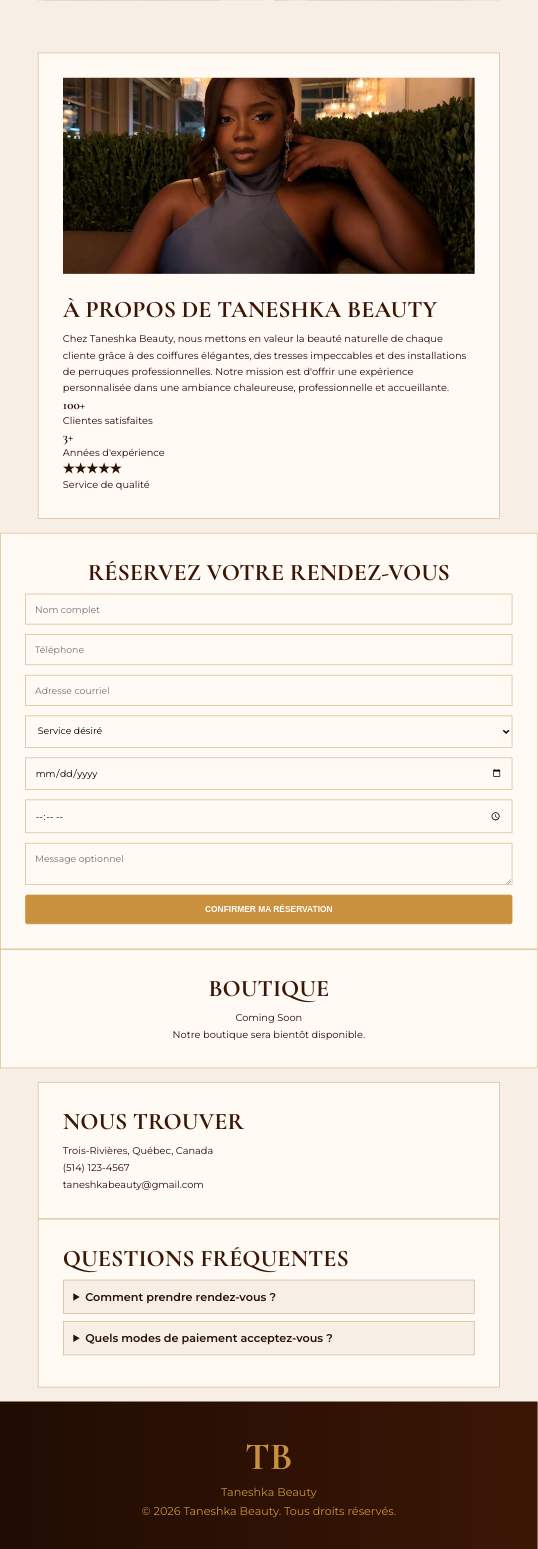
Repository: kngnepi/Taneshka-Beauty-House
Page: index.html
An editor plug-in stored every save of this project. The page is shown before and after the next save, followed by the edit.
The browser window is 768 px wide. The pictures show the part of the page from y = 2713 to 4953 px (the page is 4926 px tall before and 4953 px after), at 70% of full size.

Above is the page before, as saved 2026-06-24 22:14:20.

### index.html
<!DOCTYPE html>
<html lang="fr">
<head>
  <meta charset="UTF-8" />
  <meta name="viewport" content="width=device-width, initial-scale=1.0" />
  <title>Taneshka Beauty</title>
  <link rel="stylesheet" href="style.css" />
</head>
<body>

  <!-- NAVBAR -->
  <header class="navbar">
    <div class="logo">
      <span>TB</span>
      <p>TANESHKA BEAUTY</p>
    </div>

    <nav>
      <a href="#home">Accueil</a>
      <a href="#services">Services</a>
      <a href="#portfolio">Portfolio</a>
      <a href="#about">À propos</a>
      <a href="#booking">Réservation</a>
      <a href="#products">Boutique</a>
      <a href="#contact">Contact</a>
    </nav>

    <a href="#booking" class="btn-gold">Réserver</a>
  </header>

  <!-- HERO -->
  <section id="home" class="hero">
    <div class="hero-content">
      <h1>TANESHKA<br>BEAUTY</h1>
      <p class="tagline">Élégance • Confiance • Beauté</p>
      <p class="hero-text">
        Spécialiste en perruques, tresses et coiffures protectrices.
      </p>

      <div class="hero-buttons">
        <a href="#booking" class="btn-gold">Réserver un rendez-vous</a>
        <a href="#portfolio" class="btn-outline">Voir nos réalisations</a>
      </div>
    </div>
  </section>

  <!-- SERVICES -->
  <section id="services" class="section">
    <h2>Nos Services</h2>
    <p class="section-subtitle">Des prestations adaptées à votre style et à vos besoins.</p>

    <div class="services-grid">
      <div class="service-card">
        <div class="service-img"></div>
        <div>
          <h3>Perruques</h3>
          <ul>
            <li>Installation</li>
            <li>Retrait</li>
            <li>Revamp</li>
            <li>Customisation</li>
          </ul>
          <p>À partir de 60$</p>
          <a href="#booking" class="btn-dark">Réserver</a>
        </div>
      </div>

      <div class="service-card">
        <div class="service-img"></div>
        <div>
          <h3>Tresses</h3>
          <ul>
            <li>Knotless Braids</li>
            <li>Boho Braids</li>
            <li>Tribal Braids</li>
            <li>Cornrows</li>
          </ul>
          <p>À partir de 80$</p>
          <a href="#booking" class="btn-dark">Réserver</a>
        </div>
      </div>

      <div class="service-card">
        <div class="service-img"></div>
        <div>
          <h3>Coiffures</h3>
          <ul>
            <li>Ponytail</li>
            <li>Wig Styling</li>
            <li>Butterfly Locs</li>
            <li>Twists</li>
          </ul>
          <p>À partir de 50$</p>
          <a href="#booking" class="btn-dark">Réserver</a>
        </div>
      </div>
    </div>
  </section>

  <!-- PORTFOLIO -->
  <section id="portfolio" class="section">
    <h2>Nos Réalisations</h2>

    <div class="portfolio-filters">
      <button>Tout</button>
      <button>Perruques</button>
      <button>Tresses</button>
      <button>Ponytails</button>
      <button>Locs</button>
    </div>

    <div class="portfolio-grid">
      <div class="portfolio-item"></div>
      <div class="portfolio-item"></div>
      <div class="portfolio-item"></div>
      <div class="portfolio-item"></div>
      <div class="portfolio-item"></div>
      <div class="portfolio-item"></div>
    </div>
  </section>

  <!-- ABOUT + REVIEWS -->
  <section class="split-section">
    <div id="about" class="about-box">
  <div class="about-img"></div>

  <div class="about-content">
    <h2>À propos de Taneshka Beauty</h2>
    <p>
      Chez Taneshka Beauty, nous mettons en valeur la beauté naturelle de chaque cliente
      grâce à des coiffures élégantes, des tresses impeccables et des installations de
      perruques professionnelles. Notre mission est d'offrir une expérience personnalisée
      dans une ambiance chaleureuse, professionnelle et accueillante.
    </p>

    <div class="about-stats">
      <div>
        <h3>100+</h3>
        <p>Clientes satisfaites</p>
      </div>

      <div>
        <h3>3+</h3>
        <p>Années d'expérience</p>
      </div>

      <div>
        <h3>★★★★★</h3>
        <p>Service de qualité</p>
      </div>
    </div>
  </div>
</div>
  </section>

  <!-- BOOKING -->
  <section id="booking" class="section booking-section">
    <h2>Réservez votre rendez-vous</h2>

    <form class="booking-form">
      <input type="text" placeholder="Nom complet" />
      <input type="tel" placeholder="Téléphone" />
      <input type="email" placeholder="Adresse courriel" />
      <select>
        <option>Service désiré</option>
        <option>Perruques</option>
        <option>Tresses</option>
        <option>Coiffures</option>
      </select>
      <input type="date" />
      <input type="time" />
      <textarea placeholder="Message optionnel"></textarea>

      <button type="submit" class="btn-gold">Confirmer ma réservation</button>
    </form>
  </section>

  <!-- PRODUCTS -->
  <section id="products" class="section products-section">
    <h2>Boutique</h2>
    <p>Coming Soon</p>
    <p>Notre boutique sera bientôt disponible.</p>
  </section>

  <!-- LOCATION + FAQ -->
  <section id="contact" class="split-section">
    <div class="location-box">
      <h2>Nous trouver</h2>
      <p>Trois-Rivières, Québec, Canada</p>
      <p>(514) 123-4567</p>
      <p>taneshkabeauty@gmail.com</p>
    </div>

    <div class="faq-box">
      <h2>Questions fréquentes</h2>
      <details>
        <summary>Comment prendre rendez-vous ?</summary>
        <p>Vous pouvez réserver via le formulaire ou nous contacter sur Instagram.</p>
      </details>
      <details>
        <summary>Quels modes de paiement acceptez-vous ?</summary>
        <p>Espèces et virement Interac.</p>
      </details>
    </div>
  </section>

  <!-- FOOTER -->
  <footer>
    <h2>TB</h2>
    <p>Taneshka Beauty</p>
    <p>© 2026 Taneshka Beauty. Tous droits réservés.</p>
  </footer>

</body>
</html>

### style.css
@import url('https://fonts.googleapis.com/css2?family=Cormorant+Garamond:wght@500;600;700&family=Montserrat:wght@300;400;500;600&display=swap');

:root {
  --brown: #3b1605;
  --dark-brown: #1f0c03;
  --gold: #c9913d;
  --cream: #f7efe6;
  --light-cream: #fffaf4;
  --text: #2b1206;
  --border: #d8b98c;
}

* {
  margin: 0;
  padding: 0;
  box-sizing: border-box;
}

body {
  background: var(--cream);
  color: var(--text);
  font-family: "Montserrat", sans-serif;
}

h1, h2, h3 {
  font-family: "Cormorant Garamond", serif;
  text-transform: uppercase;
}

section {
  padding: 55px 7%;
}

.navbar {
  background: rgba(31, 12, 3, 0.95);
  color: white;
  height: 85px;
  padding: 0 7%;
  display: flex;
  align-items: center;
  justify-content: space-between;
}

.logo span {
  color: var(--gold);
  font-family: "Cormorant Garamond", serif;
  font-size: 38px;
  font-weight: 700;
}

.logo p {
  color: var(--gold);
  font-size: 13px;
  letter-spacing: 1px;
}

nav {
  display: flex;
  gap: 30px;
}

nav a {
  color: white;
  text-decoration: none;
  font-size: 13px;
  text-transform: uppercase;
}

.btn-gold,
.btn-outline,
.btn-dark {
  display: inline-block;
  padding: 13px 24px;
  text-decoration: none;
  text-transform: uppercase;
  font-size: 12px;
  font-weight: 600;
  border-radius: 3px;
}

.btn-gold {
  background: var(--gold);
  color: white;
  border: 1px solid var(--gold);
}

.btn-outline {
  border: 1px solid var(--gold);
  color: white;
}

.btn-dark {
  background: var(--brown);
  color: white;
  margin-top: 15px;
}

.hero {
  min-height: 720px;
  background:
    linear-gradient(to right, rgba(20, 7, 2, 0.95) 0%, rgba(20, 7, 2, 0.75) 38%, rgba(20, 7, 2, 0.25) 70%),
    url("images/hero.jpg");
  background-size: cover;
  background-position: center 35%;
  display: flex;
  align-items: center;
}

.hero-content {
  max-width: 620px;
  margin-top: 40px;
}

.hero h1 {
  color: var(--gold);
  font-size: 92px;
  line-height: 0.9;
}

.tagline {
  color: white;
  font-family: "Cormorant Garamond", serif;
  font-size: 28px;
  font-style: italic;
  margin: 20px 0;
}

.hero-text {
  color: white;
  font-size: 18px;
  line-height: 1.6;
}

.hero-buttons {
  display: flex;
  gap: 20px;
  margin-top: 30px;
}

.section {
  text-align: center;
}

.section h2,
.split-section h2 {
  font-size: 34px;
  color: var(--brown);
  margin-bottom: 10px;
}

.section-subtitle {
  margin-bottom: 35px;
  font-size: 14px;
}

.services-grid {
  display: grid;
  grid-template-columns: repeat(3, 1fr);
  gap: 25px;
}

.service-card {
  background: var(--light-cream);
  border: 1px solid var(--border);
  display: grid;
  grid-template-columns: 1fr 1fr;
  text-align: left;
  min-height: 260px;
}

.service-img,
.portfolio-item,
.about-img {
  background: #d6c3ad;
  background-size: cover;
  background-position: center;
}

.service-card:nth-child(1) .service-img {
  background-image: url("images/service-wig.jpg");
}

.service-card:nth-child(2) .service-img {
  background-image: url("images/service-braids.jpg");
}

.service-card:nth-child(3) .service-img {
  background-image: url("images/service-hair.jpg");
}

.service-card div:last-child {
  padding: 28px;
}

.service-card h3 {
  font-size: 24px;
  margin-bottom: 15px;
}

.service-card li {
  margin-bottom: 8px;
  font-size: 14px;
}

.portfolio-filters {
  display: flex;
  justify-content: center;
  gap: 35px;
  margin: 25px 0;
}

.portfolio-filters button {
  background: transparent;
  border: none;
  text-transform: uppercase;
  cursor: pointer;
}

.portfolio-filters button:first-child {
  background: var(--brown);
  color: white;
  padding: 8px 35px;
}

.portfolio-grid {
  display: grid;
  grid-template-columns: repeat(6, 1fr);
  gap: 14px;
}

.portfolio-item {
  height: 160px;
}

.portfolio-item:nth-child(1) {
  background-image: url("images/portfolio-1.jpg");
}

.portfolio-item:nth-child(2) {
  background-image: url("images/portfolio-2.jpg");
}

.portfolio-item:nth-child(3) {
  background-image: url("images/portfolio-3.jpg");
}

.portfolio-item:nth-child(4) {
  background-image: url("images/portfolio-4.jpg");
}

.portfolio-item:nth-child(5) {
  background-image: url("images/portfolio-5.jpg");
}

.portfolio-item:nth-child(6) {
  background-image: url("images/portfolio-6.jpg");
}

.split-section {
  padding: 20px 7%;
  display: grid;
  grid-template-columns: 1fr 1fr;
  gap: 0;
}

.about-box,
.reviews-box,
.location-box,
.faq-box,
.booking-section,
.products-section {
  background: var(--light-cream);
  border: 1px solid var(--border);
  padding: 35px;
}

.about-box {
  display: grid;
  grid-template-columns: 220px 1fr;
  gap: 30px;
  text-align: left;
}

.about-img {
  min-height: 280px;
  background-image: url("images/about.jpg");
}

.about-box p,
.review-card p,
.location-box p,
.products-section p,
.faq-box p {
  font-size: 14px;
  line-height: 1.7;
}

.reviews-box {
  text-align: center;
}

.review-card {
  border: 1px solid var(--border);
  padding: 25px;
  margin-top: 20px;
  text-align: left;
}

.review-card:first-of-type p:first-child {
  color: var(--gold);
  font-size: 20px;
}

.booking-form {
  max-width: 850px;
  margin: auto;
  display: grid;
  grid-template-columns: 1fr 1fr;
  gap: 14px;
}

.booking-form input,
.booking-form select,
.booking-form textarea {
  padding: 13px;
  border: 1px solid var(--border);
  background: var(--light-cream);
  font-family: "Montserrat", sans-serif;
}

.booking-form textarea,
.booking-form button {
  grid-column: span 2;
}

.products-section {
  text-align: center;
}

.products-section h2 {
  color: var(--brown);
}

.location-box {
  text-align: left;
}

.faq-box details {
  border: 1px solid var(--border);
  margin-bottom: 10px;
  padding: 14px;
  background: var(--cream);
}

.faq-box summary {
  cursor: pointer;
  font-weight: 600;
}

footer {
  background: linear-gradient(to right, var(--dark-brown), var(--brown));
  color: white;
  text-align: center;
  padding: 45px 7%;
}

footer h2 {
  color: var(--gold);
  font-size: 55px;
}

footer p {
  color: var(--gold);
  margin-top: 8px;
}

@media (max-width: 900px) {
  .navbar {
    height: auto;
    flex-direction: column;
    padding: 20px;
    gap: 20px;
  }

  nav {
    flex-wrap: wrap;
    justify-content: center;
  }

  .hero h1 {
    font-size: 55px;
  }

  .services-grid,
  .split-section {
    grid-template-columns: 1fr;
  }

  .service-card,
  .about-box {
    grid-template-columns: 1fr;
  }

  .portfolio-grid {
    grid-template-columns: repeat(2, 1fr);
  }

  .booking-form {
    grid-template-columns: 1fr;
  }

  .booking-form textarea,
  .booking-form button {
    grid-column: span 1;
  }
}

After the next save:
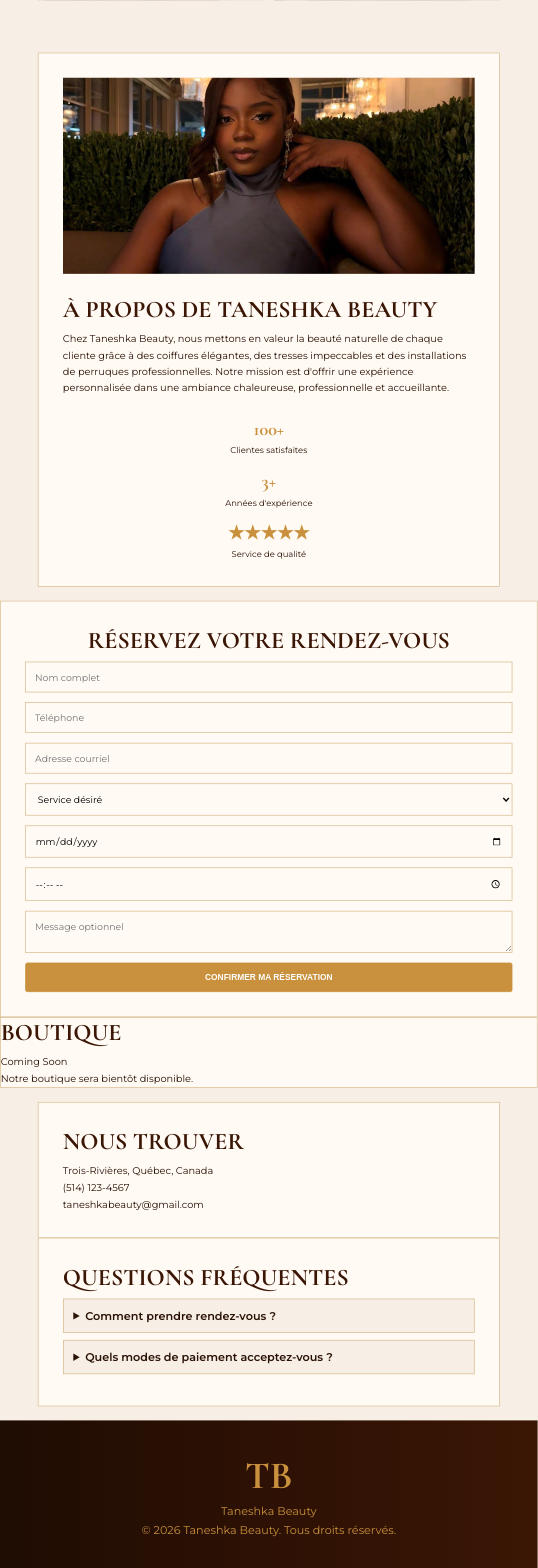
Saved 87 s later.
--- a/style.css
+++ b/style.css
@@ -414,3 +414,78 @@
     grid-column: span 1;
   }
 }
+
+.about-content {
+  display: flex;
+  flex-direction: column;
+  justify-content: center;
+}
+
+.about-stats {
+  display: grid;
+  grid-template-columns: repeat(3, 1fr);
+  gap: 18px;
+  margin-top: 30px;
+  text-align: center;
+}
+
+.about-stats h3 {
+  color: var(--gold);
+  font-size: 26px;
+  margin-bottom: 5px;
+}
+
+.about-stats p {
+  font-size: 12px;
+}
+
+.products-section {
+  padding: 0;
+  text-align: left;
+}
+
+.products-content {
+  display: grid;
+  grid-template-columns: 1fr 1fr;
+  min-height: 320px;
+}
+
+.products-text {
+  padding: 45px;
+}
+
+.products-text h2 {
+  text-align: center;
+}
+
+.coming-soon {
+  text-align: center;
+  text-transform: uppercase;
+  font-size: 13px;
+  margin-bottom: 20px;
+}
+
+.products-text ul {
+  margin: 15px 0 25px 20px;
+}
+
+.products-text li {
+  margin-bottom: 8px;
+}
+
+.products-img {
+  background-image: url("images/products.jpg");
+  background-size: cover;
+  background-position: center;
+  min-height: 320px;
+}
+
+@media (max-width: 900px) {
+  .about-stats {
+    grid-template-columns: 1fr;
+  }
+
+  .products-content {
+    grid-template-columns: 1fr;
+  }
+}
